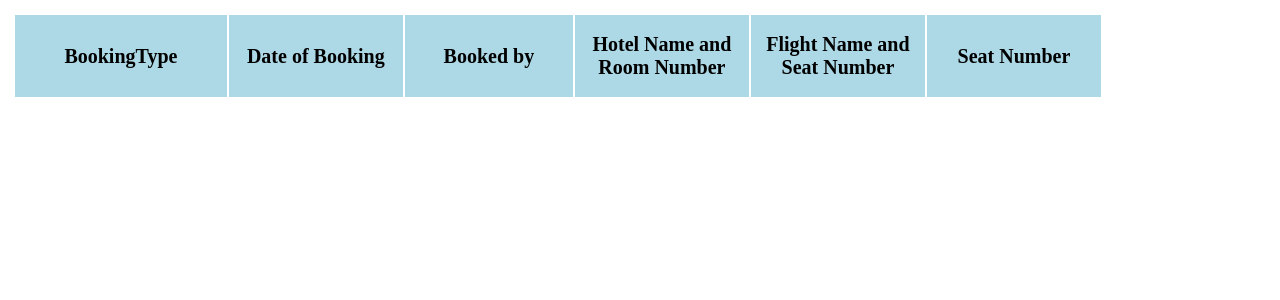
Repository: pparaska/Important
Page: http://localhost/website/WEB-INF/jsp/BookingList.jsp
An editor plug-in stored every save of this project. The page is shown before and after the next save, followed by the edit.
The browser window is 1280 px wide. The pictures show the whole page.
The page is served by Tomcat 9. Nobody is signed in. The template is opened directly, without the code that normally fills it, so the values that code supplies are empty.

Above is the page before, as saved 2019-02-12 05:48:05.

After the next save:
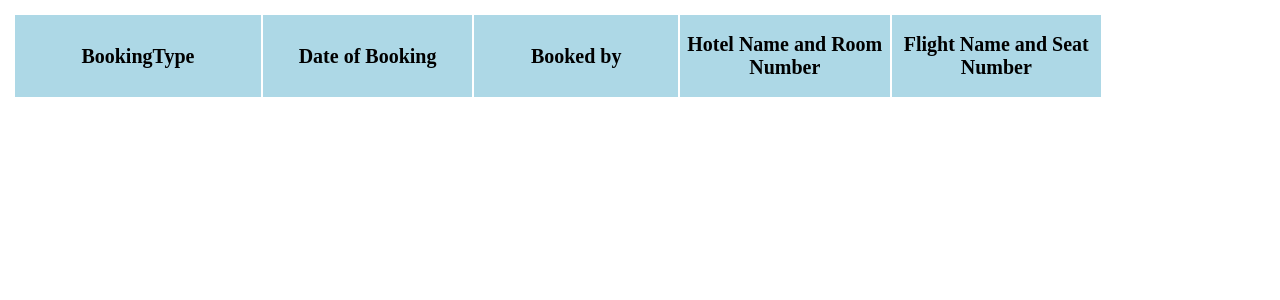
Saved 35 s later.
--- a/Poonam/All_Services/All_Services/website/src/main/webapp/WEB-INF/jsp/BookingList.jsp
+++ b/Poonam/All_Services/All_Services/website/src/main/webapp/WEB-INF/jsp/BookingList.jsp
@@ -35,7 +35,6 @@ th, td {
 				<th>Booked by</th>
 				<th>Hotel Name and Room Number</th>
 				<th>Flight Name and Seat Number</th>
-				<th>Seat Number</th>
 			</tr>
 
 
